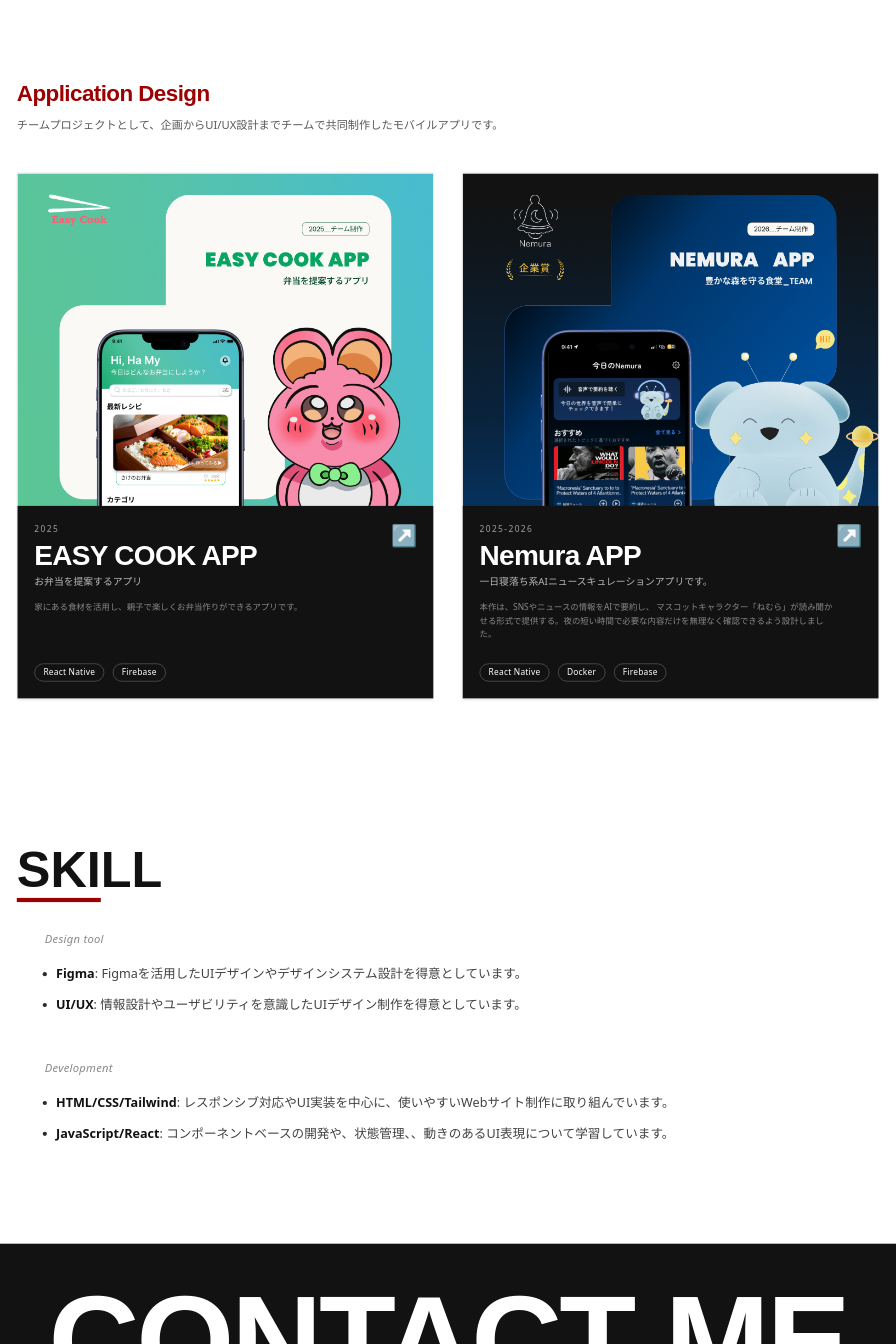
Repository: meme2603/Portfolio-HaMy
Page: / (app in my-portfolio/)
These files come from the project's save history. The page is drawn as it stood at one moment and after the next save; the edit follows.
The browser window is 1280 px wide. The pictures show the part of the page from y = 3494 to 5414 px (the page is 6105 px tall), at 70% of full size.
Some web fonts or font styles are not loaded; a fallback is used. The project was rebuilt for these pictures with package versions that can differ from the ones it lists, and the page was loaded fresh each time. Also part of the build but not shown: my-portfolio/vite.config.js, my-portfolio/src/pages/ProjectDetail.jsx.

Above is the page before, as saved 2026-06-12 15:59:08.

### my-portfolio/index.html
<!doctype html>
<html lang="ja">
  <head>
    <meta charset="UTF-8" />

    <link rel="icon" type="image/png" href="/memex2.png" />
    <meta name="viewport" content="width=device-width, initial-scale=1.0" />
    <title>My Portfolio</title>
    <link
      rel="stylesheet"
      href="https://fonts.googleapis.com/css2?family=Material+Symbols+Outlined:opsz,wght,FILL,GRAD@24,250,0,0"
    />
    <link rel="preconnect" href="https://fonts.googleapis.com" />
    <link rel="preconnect" href="https://fonts.gstatic.com" crossorigin />
    <link
      href="https://fonts.googleapis.com/css2?family=Akshar:wght@300..700&family=Poppins:wght@300;400;600;700&display=swap"
      rel="stylesheet"
    />
  </head>
  <body>
    <div id="root"></div>

    <script type="module" src="/src/main.jsx"></script>
  </body>
</html>

### my-portfolio/src/main.jsx
import React from "react";
import ReactDOM from "react-dom/client";
import App from "./App";
import "./index.css";

ReactDOM.createRoot(document.getElementById("root")).render(
  <React.StrictMode>
    <App />
  </React.StrictMode>,
);

### my-portfolio/src/App.jsx
// import React from "react";
import { BrowserRouter as Router, Routes, Route } from "react-router-dom";

import Header from "./components/Header";
import Hero from "./components/Hero";
import About from "./components/About";
import Projects from "./components/Projects";
import Skills from "./components/Skills";
import Contact from "./components/Contact";
import ProjectDetail from "./pages/ProjectDetail";
function Home() {
  return (
    <>
      <Hero />
      <About />
      <Projects />
      <Skills />
      <Contact />
    </>
  );
}

function App() {
  return (
    <Router>
      <div className="App">
        <Header />

        {/* Routes điều hướng: Ở trang nào thì lôi component đó ra */}
        <Routes>
          {/* Khi ở đường dẫn mặc định "/", hiển thị toàn bộ trang chủ */}
          <Route path="/" element={<Home />} />

          {/* Khi click vào project, nhảy sang trang chi tiết tạm thời này */}
          <Route path="/project/:id" element={<ProjectDetail />} />
        </Routes>
      </div>
    </Router>
  );
}

export default App;

### my-portfolio/src/index.css
@import "tailwindcss";
@theme {
  --color-primary: #9c0000;
  --color-background: #fff;
  --color-font: #121212;

  --opacity-overlay: 0.65;
  --opacity-glass: 0.1;

  --font-poppins: "Poppins", sans-serif;
  --font-akshar: "Akshar", sans-serif;
}
html {
  scroll-behavior: smooth;
}

### my-portfolio/src/components/Header.jsx
import { useState } from "react";
function MenuItem({ text }) {
  return (
    <li>
      <a
        href={`#${text.toLowerCase()}`}
        className="text-primary text-xl relative group transition-colors"
      >
        {text}
        <span
          className="
            absolute left-0 -bottom-[4px] w-0 h-[1px] bg-primary
            transition-all duration-300 group-hover:w-full
          "
        ></span>
      </a>
    </li>
  );
}

function Header() {
  const [isOpen, setIsOpen] = useState(false);
  const menuItems = ["About", "Projects", "Contact"];
  return (
    <header className="fixed top-0 left-0 w-full h-20 bg-background border-b border-gray-300 z-60">
      <div className="max-w-7xl mx-auto h-full px-6 flex justify-between items-center">
        <div className="shrink-0">
          <a
            href="/"
            className="text-4xl text-primary font-semibold font-akshar"
          >
            HA MY
          </a>
        </div>

        <nav className="hidden lg:block">
          <ul className="flex space-x-10">
            {menuItems.map((item) => (
              <MenuItem key={item} text={item} />
            ))}
          </ul>
        </nav>

        <button
          onClick={() => setIsOpen(!isOpen)}
          className="block lg:hidden text-primary focus:outline-none z-50"
          aria-label="Menu"
        >
          <svg
            xmlns="http://www.w3.org/2000/svg"
            className="h-8 w-8"
            fill="none"
            viewBox="0 0 24 24"
            stroke="currentColor"
          >
            <path
              strokeLinecap="round"
              strokeLinejoin="round"
              strokeWidth="2"
              d={isOpen ? "M6 18L18 6M6 6l12 12" : "M4 6h16M4 12h16M4 18h16"}
            />
          </svg>
        </button>

        <div
          className={`
            absolute top-24 left-0 w-full bg-background border-b border-gray-300
            flex flex-col items-center shadow-lg lg:hidden
            overflow-hidden transition-all duration-700 ease-in-out
            ${isOpen ? "max-h-96 opacity-100 py-8 space-y-6" : "max-h-0 opacity-0 py-0 space-y-0 border-none"}
          `}
        >
          <div className="flex flex-col items-center w-full py-6 space-y-6">
            <a
              href="#about"
              onClick={() => setIsOpen(false)}
              className="text-primary text-2xl transition-opacity duration-700"
            >
              About
            </a>
            <a
              href="#projects"
              onClick={() => setIsOpen(false)}
              className="text-primary text-2xl transition-opacity duration-700"
            >
              Projects
            </a>
            <a
              href="#contact"
              onClick={() => setIsOpen(false)}
              className="text-primary text-2xl transition-opacity duration-700"
            >
              Contact
            </a>
          </div>
        </div>
      </div>
    </header>
  );
}

export default Header;

### my-portfolio/src/components/About.jsx
import aboutImg from "../assets/about.jpg";
function About() {
  return (
    <section
      id="about"
      className="relative w-full h-auto py-24 bg-background overflow-hidden mt-16"
    >
      <div className="max-w-7xl mx-auto px-6 md:px-10">
        {/* TITLE */}
        <div className="mb-16">
          <h1 className="text-5xl md:text-6xl lg:text-7xl font-bold font-akshar text-font leading-none">
            ABOUT ME
          </h1>

          <div className="w-[80px] md:w-[100px] lg:w-[120px] lg:h-[6px] md:h-[5px] h-[4px] bg-primary mt-1"></div>
        </div>

        {/* CONTENT */}
        <div className="flex flex-col lg:flex-row items-center lg:items-start gap-16">
          {/* LEFT */}
          <div className="w-full lg:w-[380px] shrink-0">
            <div className="bg-white rounded-2xl shadow-md p-5">
              <img
                src={aboutImg}
                alt="About Me"
                className="w-full  h-[300px] object-cover rounded-xl"
              />

              <div className="mt-5">
                <h2 className="text-3xl font-akshar font-bold tracking-wide text-font">
                  NGUYEN THI HA MY
                </h2>

                <p className="text-font/70 text-lg mt-1">2001.03.30</p>
              </div>

              <div className="flex gap-3 mt-6">
                <span className="border border-font rounded-full px-4 py-2 text-sm">
                  UI/UX Designer
                </span>

                <span className="border border-font rounded-full px-4 py-2 text-sm">
                  Design Engineer
                </span>
              </div>
            </div>
          </div>

          {/* RIGHT */}
          <div className="flex-1 max-w-[760px]">
            <h2 className="text-2xl md:text-3xl font-semibold font-akshar text-primary tracking-[4px] mb-8">
              PROFILE!!
            </h2>

            <div className="space-y-6 text-font leading-[2.2] text-sm md:text-base lg:text-lg">
              <p>
                ベトナム出身の
                <span className="font-semibold">
                  グエン ティ ハ ミー（ NGUYEN THI HA MY）
                </span>
                です。
              </p>

              <p>
                現在は専門学校で、
                <span className="font-semibold">デザインやコーディング </span>
                について学びながらWeb制作やフロントエンド技術の基礎を学んでおります。
              </p>

              <p>
                2021年に来日し、最初の1年間は日本語学校で日本語を学びました。
                <br />
                その後、ビジネス専門学校に進学し、日本の文化やビジネスマナー、コミュニケーション力を身につけてまいりました。
                その中で、コンピュータの授業を通して、Webデザインという職業があることを初めて知り、興味を持つようになりました。
              </p>

              <p>
                留学生として日本とベトナム両方の文化に触れてきた経験を活かし、将来はユーザーの多様な視点やニーズを理解し、最適な体験をデザインする
                <span className="font-semibold text-primary text-xl">
                  UI/UXデザイナー
                </span>
                を目指しております。
              </p>
            </div>
          </div>
        </div>
      </div>
    </section>
  );
}
export default About;

### my-portfolio/src/components/Projects.jsx
import ProjectSection from "./ProjectSection";
import { websiteProjects, appProjects } from "../data/ProjectsData";

function Projects() {
  return (
    <section id="projects" className="pt-20 bg-background">
      <div className="max-w-7xl mx-auto px-6">
        <h1 className="text-5xl md:text-6xl lg:text-7xl font-akshar font-bold text-font">
          PROJECTS
        </h1>
        <div className="w-[80px] md:w-[100px] lg:w-[120px] lg:h-[6px] md:h-[5px] h-[4px] bg-primary mt-1 mb-20"></div>
        <ProjectSection
          title="Website Design"
          description="学校で学んだ知識を活かし、企画からデザイン、コーディングまで一貫して制作したWebプロジェクトです。"
          projects={websiteProjects}
        />
        <ProjectSection
          title="Application Design"
          description="チームプロジェクトとして、企画からUI/UX設計までチームで共同制作したモバイルアプリです。"
          projects={appProjects}
        />
      </div>
    </section>
  );
}

export default Projects;

### my-portfolio/src/components/Skills.jsx
import { skillData } from "../data/ProjectsData";
function Skill() {
  return (
    <section className="w-full pt-20 pb-16">
      <div className="max-w-7xl mx-auto px-6 pb-10">
        <h2 className="text-5xl md:text-6xl lg:text-7xl font-bold font-akshar text-font leading-none">
          SKILL
        </h2>

        <div className="w-[80px] md:w-[100px] lg:w-[120px] lg:h-[6px] md:h-[5px] h-[4px] bg-primary mt-1"></div>
      </div>

      <div className="max-w-7xl mx-auto px-16 space-y-16">
        {skillData.map((group, index) => (
          <div key={index}>
            <h3 className="text-base font-medium text-font/50 mb-6 tracking-wide italic">
              {group.category}
            </h3>

            <ul className="space-y-4 pl-4">
              {group.skills.map((skill, sIndex) => (
                <li key={sIndex} className="list-disc text-font/90 text-lg">
                  <span className="font-bold text-font">{skill.name}</span>
                  <span className="text-font/80 font-light">
                    : {skill.status} {skill.desc}
                  </span>
                </li>
              ))}
            </ul>
          </div>
        ))}
      </div>
    </section>
  );
}

export default Skill;

### my-portfolio/src/components/ProjectSection.jsx
import ProjectCard from "./ProjectCard";

function ProjectSection({ title, description, projects }) {
  return (
    <section className="mb-32">
      <h2
        className="
          text-[32px]
          leading-none
          font-bold
          font-akshar
          tracking-tight
          text-primary
        "
      >
        {title}
      </h2>

      <p
        className="
          mt-4
          text-font/70
          leading-relaxed
        "
      >
        {description}
      </p>

      <div className="grid grid-cols-1 md:grid-cols-2 gap-10 mt-14">
        {projects.slice(0, 4).map((project, index) => (
          <ProjectCard
            id={project.id}
            key={index}
            year={project.year}
            title={project.title}
            titleJP={project.titleJP}
            description={project.desc}
            tags={project.tags}
            image={project.img}
          />
        ))}
      </div>
    </section>
  );
}

export default ProjectSection;

### my-portfolio/src/data/ProjectsData.js
// projectsData.js
// 1. Import ảnh ở đầu file để JS hiểu đường dẫn
import portfoliothumb from "../assets/portfoliothumb.jpg";
import coffeethumb from "../assets/coffeethumb.jpg";
import sneakerthumb from "../assets/sneakerthumb.jpg";
import okayamathumb from "../assets/okayamathumb.jpg";
import nemurathumb from "../assets/nemurathumb.jpg";
import easycookthumb from "../assets/easycookthumb.jpg";
import coffeemockupHero from "../assets/coffeemockupHero.jpg";
import coffeemockupIntro from "../assets/coffeemockupIntro.png";
import coffeemockupConcept from "../assets/coffeemockupConcept.jpg";
import coffeemockupPC from "../assets/coffeemockupPc.jpg";
import coffeemockupMobile from "../assets/coffeemockupMobile.jpg";
import sneakermockupHero from "../assets/sneakermockupHero.jpg";
import sneakermockupIntro from "../assets/sneakermockupIntro.png";
import sneakermockupConcept from "../assets/sneakermockupConcept.jpg";
import okayamamockupHero from "../assets/okayamamockupHero.jpg";
import okayamamockupIntro from "../assets/okayamamockupIntro.png";
import okayamamockupConcept from "../assets/okayamamockupConcept.jpg";
import okayamamockupPC from "../assets/okayamamockupPC.jpg";
import okayamamockupMobile from "../assets/okayamamockupMobile.jpg";
import nemuramockupHero from "../assets/nemuramockupHero.jpg";
import nemuramockupMobile from "../assets/nemuramockupMobile.jpg";
import easycookmockupHero from "../assets/easycookmockupHero.jpg";
import easycookmockupMobile from "../assets/easycookmockupMobile.jpg";
import portfoliomockupHero from "../assets/portfoliomockupHero.jpg";
import portfoliomockupConcept from "../assets/portfoliomockupConcept.jpg";

export const websiteProjects = [
  {
    id: "coffee-shop",
    year: "2025",
    title: "Coffee Shop",
    name: "THE COFFEE HOUSE",
    titleJP: "カフェショップサイト",
    desc: "家族みんなが安心して過ごせるカフェをテーマに、Webサイトを制作しました。",
    tags: ["Figma", "HTML", "CSS", "JavaScript"],
    img: coffeethumb,

    // page detail
    mockupHero: coffeemockupHero,
    mockupIntro: coffeemockupIntro,
    mockupConcept: coffeemockupConcept,
    mockupPC: coffeemockupPC,
    mockupMobile: coffeemockupMobile,

    target: "子供連れの20代〜40代のファミリー層",
    objective: "店舗の温かみのある雰囲気をWEB上で表現し...",
    problem: "既存のカフェサイトはスタイリッシュすぎて...",
    designConcept: "温かみのあるベージュ（#FAF7F2）と...",
    ia: "ユーザーが最も知りたい『メニュー』...",
    scope: "UI/UX Designer / Frontend Developer",
    period: "企画・WF：3日\nデザイン：5日",
    tools: "Figma / HTML / CSS / JavaScript",
    URL: "https://the-coffee-house-eight.vercel.app/",
  },
  {
    id: "portfolio",
    year: "2026",
    title: "Portfolio.",
    name: "PORTFOLIO",
    titleJP: "ポートフォリオ",
    desc: "就職活動のために制作したポートフォリオサイトです。",
    tags: ["Figma", "React", "Tailwind"],
    img: portfoliothumb,

    // page detail
    mockupHero: portfoliomockupHero,
    mockupConcept: portfoliomockupConcept,

    client: "自主制作（就職活動用）",
    target: "Web制作会社・デザイン企業の採用担当者様",
    objective: "自身のスキル thấu đáo và tư duy thiết kế rõ ràng...",
    problem: "作品単体を見せるだけでは制作の背景や意図が伝わりにくい...",
    designConcept:
      "シンプルかつ視認性の高いダークモードとライトモードの融合...",
    ia: "Home / Project Detail / About / Contact",
    scope: "UI/UX Design / Front-end Development (React)",
    period: "デザイン：3日\nコンディング：5日",
    tools: "Figma / React / Tailwind CSS / Vite",
    URL: "https://portfolio.example.com",
  },
  {
    id: "sneaker-lp",
    year: "2025",
    title: "Sneaker LP",
    name: "SNEAKER LANDING PAGE",
    titleJP: "スニーカーLP",
    desc: "新作スニーカーの販売に向けた、ランディングページを制作しました。",
    tags: ["Figma", "HTML", "SCSS"],
    img: sneakerthumb,

    // page detail
    mockupHero: sneakermockupHero,
    mockupIntro: sneakermockupIntro,
    mockupConcept: sneakermockupConcept,

    target: "10代〜30代のスニーカーコレクター・ストリートファッション好き",
    objective:
      "新作スニーカーの魅力をダイナミックに伝え、購買意欲を刺激する...",
    problem:
      "従来の商品LPは情報量が多く、製品のスタイリッシュさが埋もれがち...",
    designConcept: "ダイナミックなタイポグラフィとコントラストの強い配色...",
    ia: "Hero / Concept / Features / Gallery / Buy Now",
    scope: "UI/UX Design / Coding",
    period: "1週間",
    tools: "Figma / HTML / SCSS / JavaScript",
    URL: "https://sneaker-lp-2025.vercel.app/",
  },
  {
    id: "okayama-kankou",
    year: "2025",
    title: "Okayama kankou",
    name: "OKAYAMA KANKOU",
    titleJP: "観光サイト",
    desc: "昔話「桃太郎」をテーマに、岡山の伝説・史実・文化を体験できる観光サイトを制作しました。",
    tags: ["Figma", "UI/UX"],
    img: okayamathumb,

    // page detail
    mockupHero: okayamamockupHero,
    mockupIntro: okayamamockupIntro,
    mockupConcept: okayamamockupConcept,
    mockupPC: okayamamockupPC,
    mockupMobile: okayamamockupMobile,

    target: "歴史や文化に興味がある国内の旅行者・ファミリー層",
    objective: "岡山の伝統的な魅力と桃太郎の史実を新しい切り口で伝える...",
    problem:
      "一般的な観光パンフレット的な情報ばかりで、現地のストーリー性が伝わりにくい...",
    designConcept: "和モダンを意識した、落ち着きのあるテクスチャと色彩設計...",
    ia: "トップ / 伝説の背景 / おすすめスポット / アクセス",
    scope: "UI/UX Design / Information Architecture",
    period: "企画・WF：3日\nデザイン：5日",
    tools: "Figma / Illustrator",
    URL: "https://okayama2026.vercel.app/",
  },
];

export const appProjects = [
  {
    id: "easy-cook",
    year: "2025",
    title: "EASY COOK APP",
    name: "EASY COOK",
    titleJP: "お弁当を提案するアプリ",
    desc: "家にある食材を活用し、親子で楽しくお弁当作りができるアプリです。",
    tags: ["React Native", "Firebase"],
    img: easycookthumb,

    // page detail
    mockupHero: easycookmockupHero,
    mockupMobile: easycookmockupMobile,

    client: "自主制作（モバイルアプリケーション設計）",
    target: "毎日の子供のお弁当作りに悩む、忙しい共働きの親御さん",
    objective:
      "冷蔵庫の残り物で手軽に作れるレシピを提案し、お弁当作りの負担を軽減する...",
    problem: "献立を考える時間が足りず、いつも同じメニューになってしまう...",
    designConcept:
      "親しみやすさと使いやすさを両立した、暖色系主体のUIデザイン...",
    ia: "ホーム / レシピ検索 / お気に入り / 親子モード",
    scope: "UI/UX Design / Mobile Prototype",
    period: "約1.5ヶ月（チーム制作）",
    tools: "Figma / React Native (UI Prototyping)",
    URL: "",
  },
  {
    id: "nemura-app",
    year: "2025-2026",
    title: "Nemura APP",
    name: "NEMURA AI NEWS",
    titleJP: "一日寝落ち系AIニュースキュレーションアプリです。",
    desc: "本作は、SNSやニュースの情報をAIで要約し、 マスコットキャラクター「ねむら」が読み聞かせる形式で提供する。夜の短い時間で必要な内容だけを無理なく確認できるよう設計しました。",
    tags: ["React Native", "Docker", "Firebase"],
    img: nemurathumb,

    // page detail
    mockupHero: nemuramockupHero,
    mockupMobile: nemuramockupMobile,

    client: "チーム制作（ECC EXPO 2026 一次審査通過作品）",
    target:
      "夜寝る前にスマホを見すぎて睡眠不足になりがちな現代のビジネスパーソン・学生",
    objective:
      "画面を見ずに耳だけで今日の重要ニュースを効率よく消化できる体験...",
    problem:
      "夜のスマホ画面のブルーライトが睡眠の質を下げ、不要な情報まで追ってしまう...",
    designConcept:
      "睡眠を妨げない、深い夜をイメージしたダークブルーとパープルの世界観...",
    ia: "音声再生画面 / ニュースカテゴリ選択 / キャラクター設定",
    scope: "UI/UX Design (Lead) / Brand Identity",
    period: "約1.5ヶ月（チーム制作）",
    tools: "Figma / Illustrator / After Effects",
    URL: "",
  },
];

// skillsData.js
export const skillData = [
  {
    category: "Design tool",
    skills: [
      {
        name: "Figma",
        desc: "Figmaを活用したUIデザインやデザインシステム設計を得意としています。",
      },
      {
        name: "UI/UX",
        desc: "情報設計やユーザビリティを意識したUIデザイン制作を得意としています。",
      },
    ],
  },
  {
    category: "Development",
    skills: [
      {
        name: "HTML/CSS/Tailwind",
        desc: "レスポンシブ対応やUI実装を中心に、使いやすいWebサイト制作に取り組んでいます。",
      },
      {
        name: "JavaScript/React",
        desc: "コンポーネントベースの開発や、状態管理、、動きのあるUI表現について学習しています。",
      },
    ],
  },
];

### my-portfolio/src/components/ProjectCard.jsx
import { Link } from "react-router-dom";

// ProjectCard = component dùng để hiển thị 1 project card
function ProjectCard({ id, year, title, titleJP, description, tags, image }) {
  return (
    <Link
      to={`/project/${id}`}
      className="block flex flex-col h-full group shadow-sm border border-[#1A120B]/5"
    >
      <div className="group flex flex-col h-full cursor-pointer ">
        <div className="overflow-hidden bg-font aspect-[5/4] w-full">
          <img
            src={image}
            alt={title}
            className="
            w-full
            object-cover
            transition-all
            duration-500
            group-hover:scale-105
            group-hover:opacity-90
          "
          />
        </div>

        <div className="bg-font text-background px-6 py-6 flex flex-col flex-grow justify-between ">
          <div className="flex items-start justify-between">
            <div>
              <p className="text-[12px] tracking-[2px] text-background/60 ">
                {year}
              </p>

              <h3
                className="
                text-[40px]
                leading-none
                font-bold
                font-akshar
                tracking-tight
                mt-2
              "
              >
                {title}
              </h3>

              <p className="text-sm text-background/70 mt-2">{titleJP}</p>

              <p className="text-xs text-background/50 leading-relaxed mt-4 line-clamp-3">
                {description}
              </p>
            </div>

            <div
              className="
              text-3xl
              transition-transform
              duration-300
              group-hover:translate-x-1
              group-hover:-translate-y-1
            "
            >
              ↗
            </div>
          </div>

          <div className="mt-8 flex items-center gap-3 flex-wrap">
            {tags &&
              tags.map((tag, index) => (
                <span
                  key={index}
                  className="
                border
                border-background/30
                rounded-full
                px-3
                py-1
                text-xs
                tracking-wide
              "
                >
                  {tag}
                </span>
              ))}
          </div>
        </div>
      </div>
    </Link>
  );
}

export default ProjectCard;

Loaded but not shown: my-portfolio/src/components/Hero.jsx (128 lines, source omitted); my-portfolio/src/components/Contact.jsx (143 lines, source omitted)

After the next save:
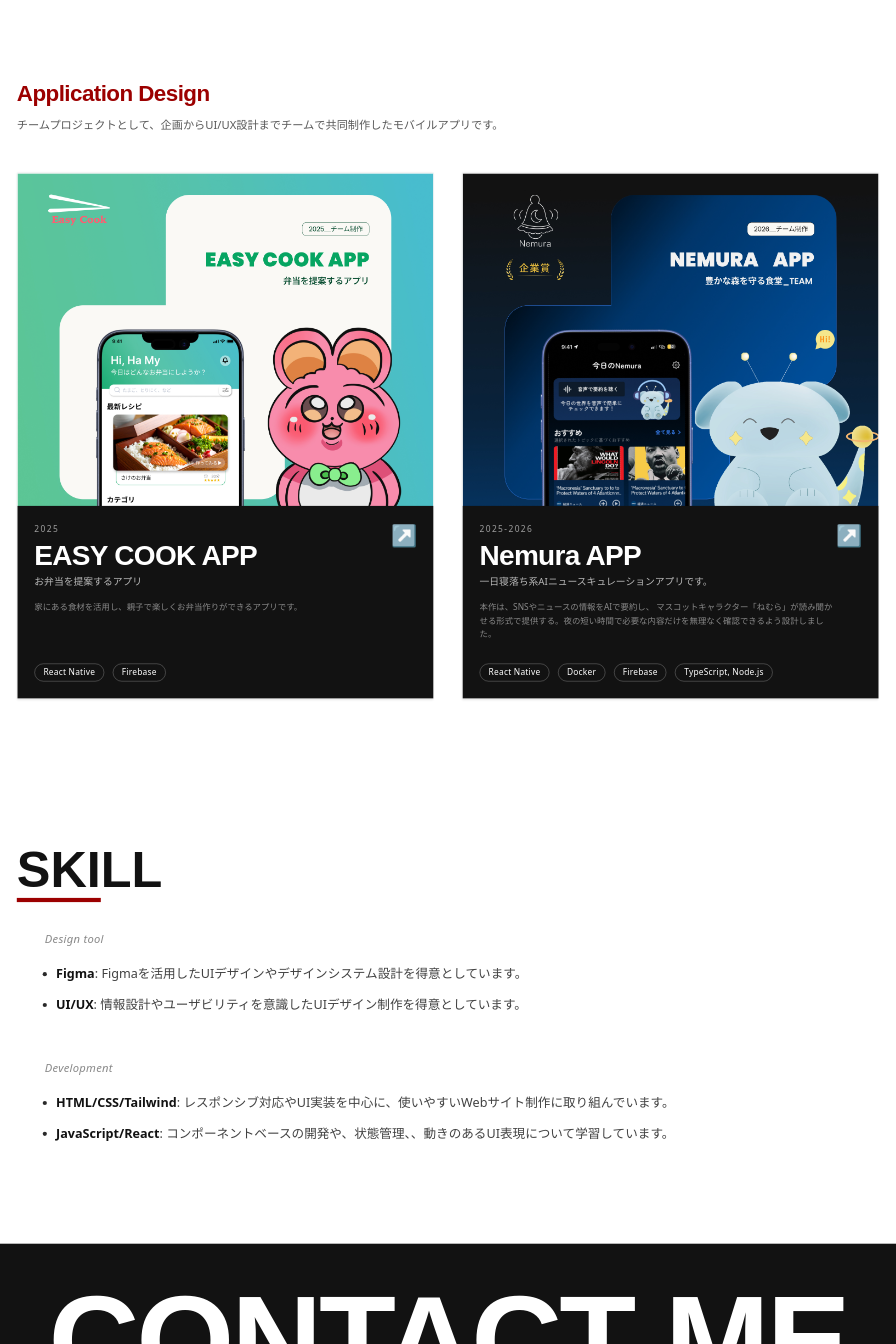
Saved 26 s later.
--- a/my-portfolio/src/data/ProjectsData.js
+++ b/my-portfolio/src/data/ProjectsData.js
@@ -172,7 +172,7 @@
     name: "NEMURA AI NEWS",
     titleJP: "一日寝落ち系AIニュースキュレーションアプリです。",
     desc: "本作は、SNSやニュースの情報をAIで要約し、 マスコットキャラクター「ねむら」が読み聞かせる形式で提供する。夜の短い時間で必要な内容だけを無理なく確認できるよう設計しました。",
-    tags: ["React Native", "Docker", "Firebase"],
+    tags: ["React Native", "Docker", "Firebase", "TypeScript, Node.js"],
     img: nemurathumb,
 
     // page detail
